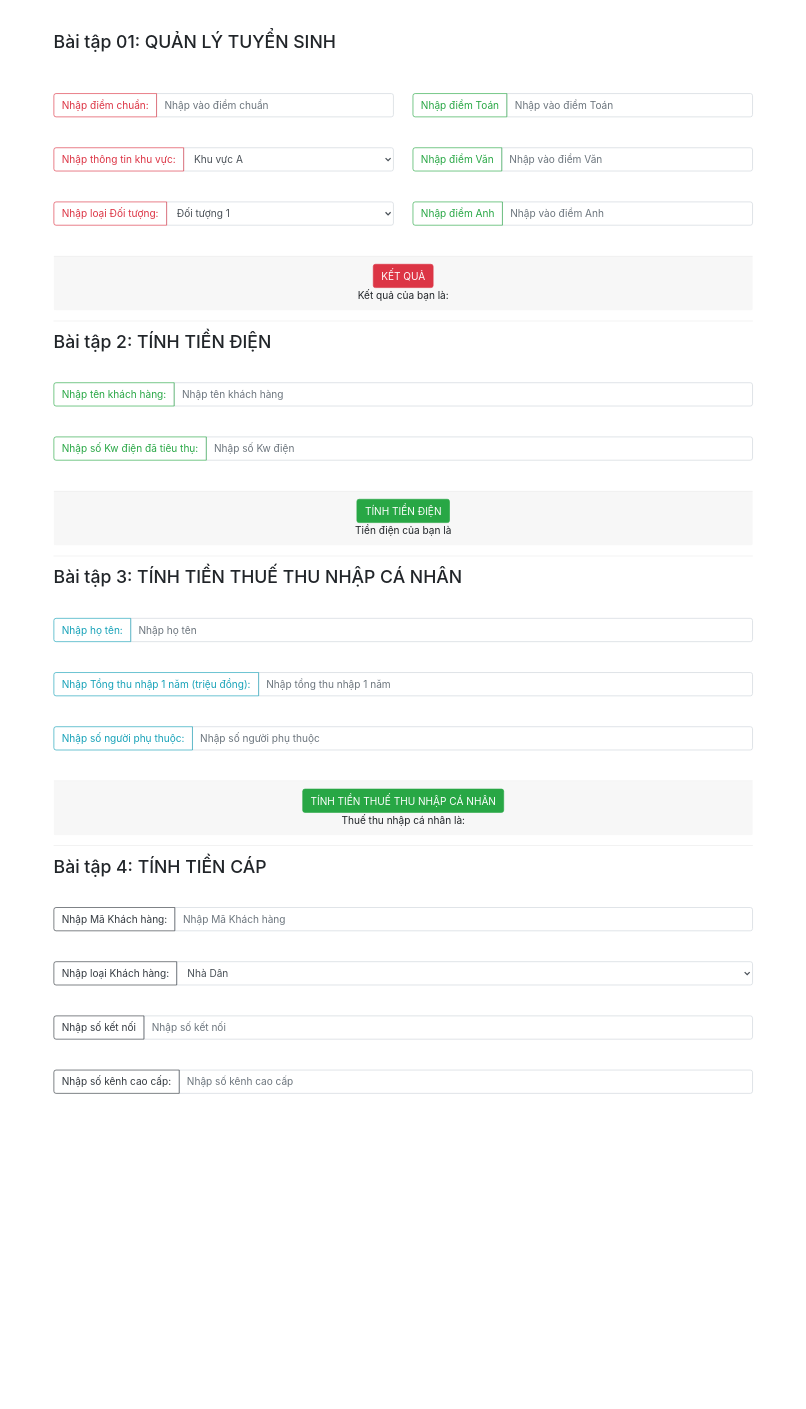
Repository: ducdatit2002/javascript-tinh-day15
Page: index.html
These files come from the project's save history. The page is drawn as it stood at one moment and after the next save; the edit follows.
The browser window is 1280 px wide. The pictures show the whole page, at 63% of full size.

Above is the page before, as saved 2023-08-20 21:42:26.

### index.html
<!DOCTYPE html>
<html lang="en">
  <head>
    <title>HOMEWORK BUỔI 15 - JAVASCRIPT</title>
    <!-- Required meta tags -->
    <meta charset="utf-8" />
    <meta
      name="viewport"
      content="width=device-width, initial-scale=1, shrink-to-fit=no"
    />

    <!-- Bootstrap CSS -->
    <link
      rel="stylesheet"
      href="https://stackpath.bootstrapcdn.com/bootstrap/4.3.1/css/bootstrap.min.css"
      integrity="sha384-ggOyR0iXCbMQv3Xipma34MD+dH/1fQ784/j6cY/iJTQUOhcWr7x9JvoRxT2MZw1T"
      crossorigin="anonymous"
    />
  </head>
  <body>
    <div class="container" style="margin-bottom: 500px; margin-top: 50px">
      <div class="baiTap1">
        <h3>Bài tập 01: QUẢN LÝ TUYỂN SINH</h3>
        <div class="row mt-3">
          <div class="col-6">
            <div class="input-group mt-5">
              <div class="input-group-prepend">
                <button class="btn btn-outline-danger">Nhập điểm chuẩn:</button>
              </div>
              <input
                type="number"
                class="form-control"
                id="diemChuan"
                placeholder="Nhập vào điểm chuẩn"
              />
            </div>
            <div class="input-group mt-5">
              <div class="input-group-prepend">
                <button class="btn btn-outline-danger">
                  Nhập thông tin khu vực:
                </button>
              </div>
              <select id="khuVuc" class="form-control">
                <option value="A">Khu vực A</option>
                <option value="B">Khu vực B</option>
                <option value="C">Khu vực C</option>
              </select>
            </div>
            <div class="input-group mt-5">
              <div class="input-group-prepend">
                <button class="btn btn-outline-danger">
                  Nhập loại Đối tượng:
                </button>
              </div>
              <select id="doiTuong" class="form-control">
                <option value="1">Đối tượng 1</option>
                <option value="2">Đối tượng 2</option>
                <option value="3">Đối tượng 3</option>
              </select>
            </div>
          </div>
          <div class="col-6">
            <div class="input-group mt-5">
              <div class="input-group-prepend">
                <button class="btn btn-outline-success">Nhập điểm Toán</button>
              </div>
              <input
                type="number"
                class="form-control"
                id="diemToan"
                placeholder="Nhập vào điểm Toán"
              />
            </div>
            <div class="input-group mt-5">
              <div class="input-group-prepend">
                <button class="btn btn-outline-success">Nhập điểm Văn</button>
              </div>
              <input
                type="number"
                class="form-control"
                id="diemVan"
                placeholder="Nhập vào điểm Văn"
              />
            </div>
            <div class="input-group mt-5">
              <div class="input-group-prepend">
                <button class="btn btn-outline-success">Nhập điểm Anh</button>
              </div>
              <input
                type="number"
                class="form-control"
                id="diemAnh"
                placeholder="Nhập vào điểm Anh"
              />
            </div>
          </div>
        </div>
        <div class="card-footer text-center mt-5">
          <button id="btnKetQua" class="btn btn-danger">KẾT QUẢ</button>
          <br />
          <span id="ketQua" class="mt-2 display-5">Kết quả của bạn là: </span>
        </div>
      </div>
      <hr />
      <div class="baiTap2">
        <h3>Bài tập 2: TÍNH TIỀN ĐIỆN</h3>
        <div class="input-group mt-5">
          <div class="input-group-prepend">
            <button class="btn btn-outline-success">
              Nhập tên khách hàng:
            </button>
          </div>
          <input
            type="text"
            class="form-control"
            id="tenKhachHang"
            placeholder="Nhập tên khách hàng"
          />
        </div>
        <div class="input-group mt-5">
          <div class="input-group-prepend">
            <button class="btn btn-outline-success">
              Nhập số Kw điện đã tiêu thụ:
            </button>
          </div>
          <input
            type="number"
            class="form-control"
            id="SoKwTieuThu"
            placeholder="Nhập số Kw điện"
          />
        </div>
        <div class="card-footer text-center mt-5">
          <button id="btnTinhTienDien" class="btn btn-success">
            TÍNH TIỀN ĐIỆN
          </button>
          <br />
          <span id="TienDien" class="mt-2 display-5"
            >Tiền điện của bạn là
          </span>
        </div>
      </div>
      <hr />
      <div class="baiTap3">
        <h3>Bài tập 3: TÍNH TIỀN THUẾ THU NHẬP CÁ NHÂN</h3>
        <div class="input-group mt-5">
          <div class="input-group-prepend">
            <button class="btn btn-outline-info">Nhập họ tên:</button>
          </div>
          <input
            type="text"
            class="form-control"
            id="hoTen"
            placeholder="Nhập họ tên"
          />
        </div>
        <div class="input-group mt-5">
          <div class="input-group-prepend">
            <button class="btn btn-outline-info">
              Nhập Tổng thu nhập 1 năm (triệu đồng):
            </button>
          </div>
          <input
            type="number"
            class="form-control"
            id="tongThuNhapNam"
            placeholder="Nhập tổng thu nhập 1 năm"
          />
        </div>
        <div class="input-group mt-5">
          <div class="input-group-prepend">
            <button class="btn btn-outline-info">
              Nhập số người phụ thuộc:
            </button>
          </div>
          <input
            type="number"
            class="form-control"
            id="soNguoiPhuThuoc"
            placeholder="Nhập số người phụ thuộc"
          />
        </div>
        <div class="card-footer text-center mt-5">
          <button id="btnTinhTienThue" class="btn btn-success">
            TÍNH TIỀN THUẾ THU NHẬP CÁ NHÂN
          </button>
          <br />
          <span id="TienThue" class="mt-2 display-5"
            >Thuế thu nhập cá nhân là:
          </span>
        </div>
      </div>
      <hr />
      <div class="baiTap4">
        <h3>Bài tập 4: TÍNH TIỀN CÁP</h3>
        <div class="input-group mt-5">
          <div class="input-group-prepend">
            <button class="btn btn-outline-dark">Nhập Mã Khách hàng:</button>
          </div>
          <input
            type="text"
            class="form-control"
            id="maKhachHang"
            placeholder="Nhập Mã Khách hàng"
          />
        </div>
        <div class="input-group mt-5">
          <div class="input-group-prepend">
            <button class="btn btn-outline-dark">
              Nhập loại Khách hàng:
            </button>
          </div>
          <select id="loaiKhachHang" class="form-control">
            <option value="nhaDan">Nhà Dân</option>
            <option value="doanhNghiep">Doanh Nghiệp</option>
          </select>
        </div>
        <div class="input-group mt-5">
          <div class="input-group-prepend">
            <button class="btn btn-outline-dark">
              Nhập số kết nối
            </button>
          </div>
          <input
            type="number"
            class="form-control"
            id="soKetNoi"
            placeholder="Nhập số kết nối"/>
        </div>
        <div class="input-group mt-5">
          <div class="input-group-prepend">
            <button class="btn btn-outline-dark">
              Nhập số kênh cao cấp:
            </button>
          </div>
          <input
            type="number"
            class="form-control"
            id="soKenhCaoCap"
            placeholder="Nhập số kênh cao cấp"/>
        </div>
      </div>
    </div>
    <!-- Optional JavaScript -->
    <!-- jQuery first, then Popper.js, then Bootstrap JS -->
    <script
      src="https://code.jquery.com/jquery-3.3.1.slim.min.js"
      integrity="sha384-q8i/X+965DzO0rT7abK41JStQIAqVgRVzpbzo5smXKp4YfRvH+8abtTE1Pi6jizo"
      crossorigin="anonymous"
    ></script>
    <script
      src="https://cdnjs.cloudflare.com/ajax/libs/popper.js/1.14.7/umd/popper.min.js"
      integrity="sha384-UO2eT0CpHqdSJQ6hJty5KVphtPhzWj9WO1clHTMGa3JDZwrnQq4sF86dIHNDz0W1"
      crossorigin="anonymous"
    ></script>
    <script
      src="https://stackpath.bootstrapcdn.com/bootstrap/4.3.1/js/bootstrap.min.js"
      integrity="sha384-JjSmVgyd0p3pXB1rRibZUAYoIIy6OrQ6VrjIEaFf/nJGzIxFDsf4x0xIM+B07jRM"
      crossorigin="anonymous"
    ></script>
    <script src="./index.js"></script>
  </body>
</html>

### index.js
// Bài tập 1: QUẢN LÝ TUYỂN SINH
document.getElementById("btnKetQua").onclick = function () {
  // Input: điểm Toán, điểm Lý, điểm Hoá, điểm chuẩn, khu vực, đối tượng
  // Lưu ý: Dữ liệu người dùng nhập mặc định là chuỗi
  var diemChuan = parseFloat(document.getElementById("diemChuan").value);
  var diemToan = parseFloat(document.getElementById("diemToan").value);
  var diemVan = parseFloat(document.getElementById("diemVan").value);
  var diemAnh = parseFloat(document.getElementById("diemAnh").value);
  var khuVuc = document.getElementById("khuVuc").value;
  var doiTuong = parseInt(document.getElementById("doiTuong").value);

  var diemUuTien = 0;

  // Tính điểm ưu tiên khu vực
  switch (khuVuc) {
    case "A":
      diemUuTien += 2;
      break;
    case "B":
      diemUuTien += 1;
      break;
    case "C":
      diemUuTien += 0.5;
      break;
  }

  // Tính điểm ưu tiên đối tượng
  switch (doiTuong) {
    case 1:
      diemUuTien += 2.5;
      break;
    case 2:
      diemUuTien += 1.5;
      break;
    case 3:
      diemUuTien += 1;
      break;
  }

  // Tính điểm tổng kết
  var diemTongKet = diemToan + diemVan + diemAnh + diemUuTien;

  var ketQuaText = "";
  if (
    diemTongKet >= diemChuan &&
    diemToan !== 0 &&
    diemVan !== 0 &&
    diemAnh !== 0
  ) {
    ketQuaText = "Thí sinh trúng tuyển với số điểm đạt được: " + diemTongKet;
  } else {
    ketQuaText =
      "Thí sinh không trúng tuyển với số điểm đạt được: " + diemTongKet;
  }

  document.getElementById("ketQua").innerText = ketQuaText;
};

//BÀI TẬP 2: TÍNH TIỀN ĐIỆN
document.getElementById("btnTinhTienDien").onclick = function () {
  var tenKhachHang = document.getElementById("tenKhachHang").value;
  var soKwTieuThu = parseFloat(document.getElementById("SoKwTieuThu").value);

  var giaDien = 0;
  if (soKwTieuThu <= 50) {
    giaDien = soKwTieuThu * 500;
  } else if (soKwTieuThu <= 100) {
    giaDien = 50 * 500 + (soKwTieuThu - 50) * 650;
  } else if (soKwTieuThu <= 150) {
    giaDien = 50 * 500 + 50 * 650 + (soKwTieuThu - 100) * 850;
  } else {
    giaDien = 50 * 500 + 50 * 650 + 50 * 850 + (soKwTieuThu - 150) * 1100;
  }

  var tienDienHTML =
    "Tiền điện của khách hàng " + tenKhachHang + " là: " + giaDien + " đồng.";

  document.getElementById("TienDien").textContent = tienDienHTML;
};

//BÀI TẬP 3: TÍNH TIỀN THUẾ THU NHẬP CÁ NHÂN
document.getElementById("btnTinhTienThue").onclick = function () {
  var hoTen = document.getElementById("hoTen").value;
  var tongThuNhapNam = parseFloat(
    document.getElementById("tongThuNhapNam").value
  );
  var soNguoiPhuThuoc = parseInt(
    document.getElementById("soNguoiPhuThuoc").value
  );

  var thuNhapChiuThue = tongThuNhapNam - 4 - soNguoiPhuThuoc * 1.6;

  var thueSuat = 0;
  var tienThue = 0;

  if (thuNhapChiuThue <= 60) {
    thueSuat = 5;
  } else if (thuNhapChiuThue <= 120) {
    thueSuat = 10;
  } else if (thuNhapChiuThue <= 210) {
    thueSuat = 15;
  } else if (thuNhapChiuThue <= 384) {
    thueSuat = 20;
  } else if (thuNhapChiuThue <= 624) {
    thueSuat = 25;
  } else {
    thueSuat = 30;
  }

  tienThue = (thuNhapChiuThue * thueSuat) / 100;

  var ketQuaHTML =
    "Thuế thu nhập cá nhân của " +
    hoTen +
    " là: " +
    tienThue.toFixed(2) +
    " triệu đồng.";
  document.getElementById("TienThue").innerHTML = ketQuaHTML;
};
//BÀI TẬP 4: TÍNH TIỀN CÁP

After the next save:
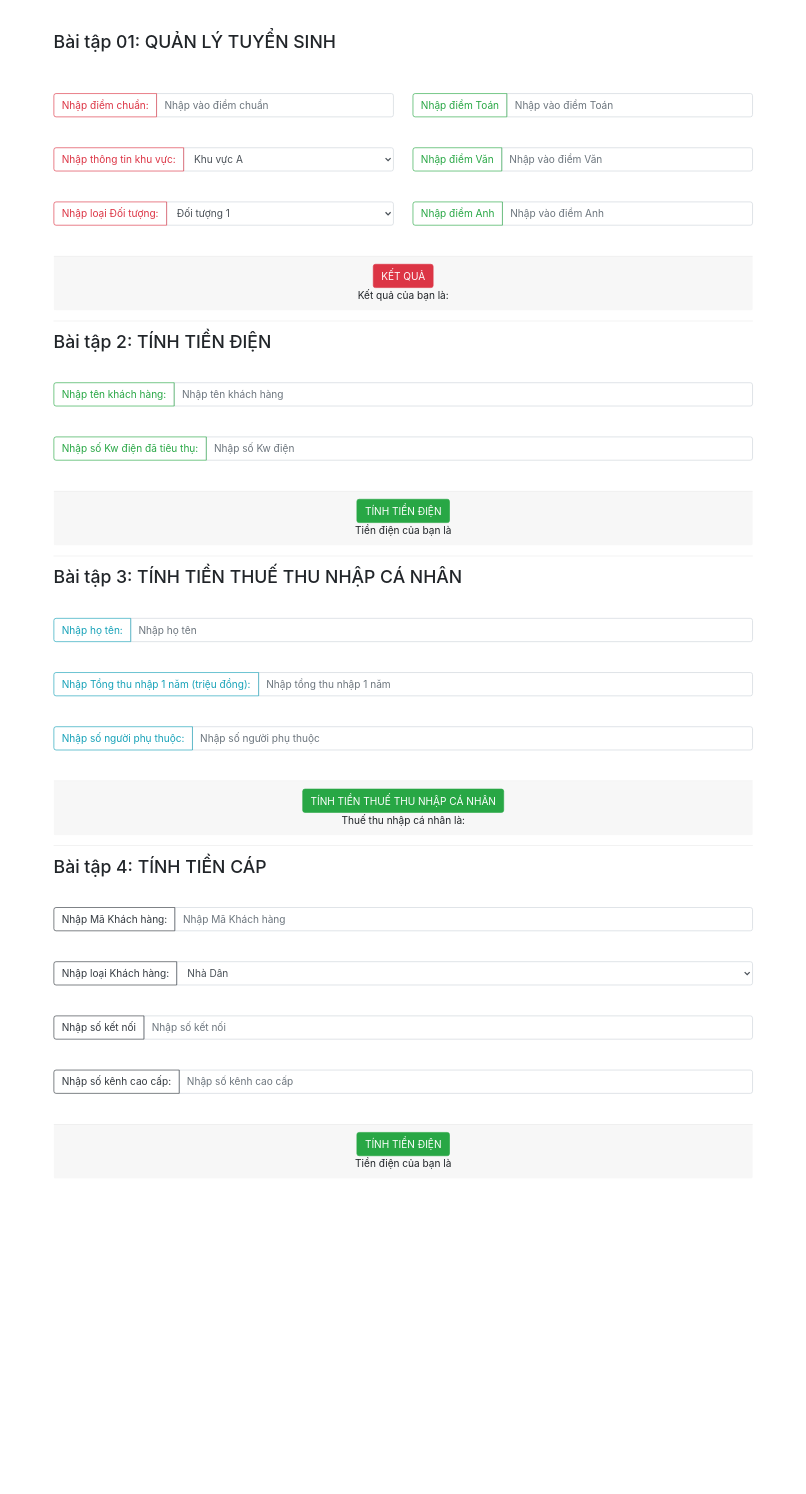
Saved 26 s later.
--- a/index.html
+++ b/index.html
@@ -239,6 +239,15 @@
             id="soKenhCaoCap"
             placeholder="Nhập số kênh cao cấp"/>
         </div>
+        <div class="card-footer text-center mt-5">
+          <button id="btnTinhTienDien" class="btn btn-success">
+            TÍNH TIỀN ĐIỆN
+          </button>
+          <br />
+          <span id="TienDien" class="mt-2 display-5"
+            >Tiền điện của bạn là
+          </span>
+        </div>
       </div>
     </div>
     <!-- Optional JavaScript -->
